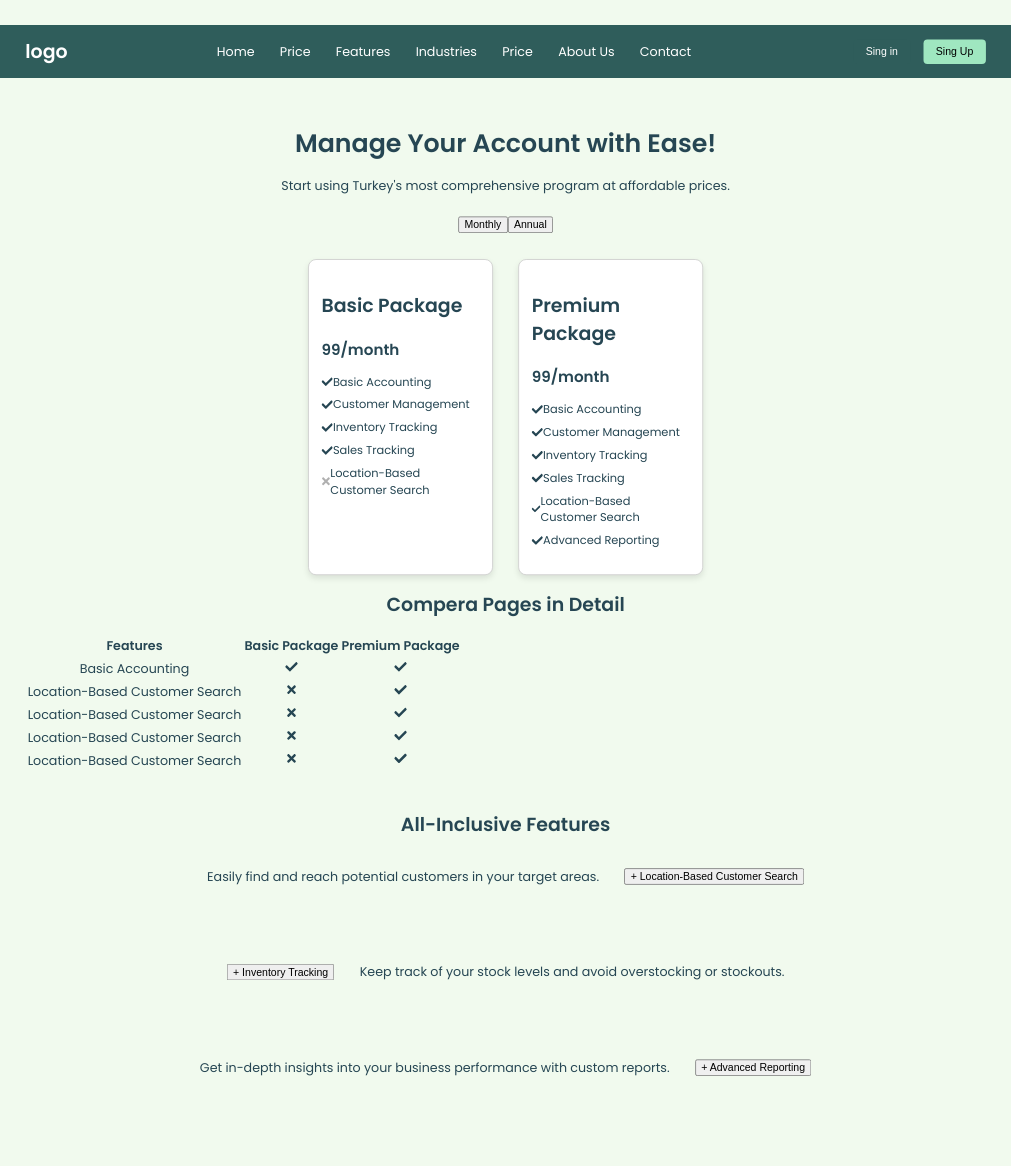
Repository: senolinanyasar/myrouteapplication
Page: /pricing
An editor plug-in stored every save of this project. The page is shown before and after the next save, followed by the edit.
The browser window is 1280 px wide. The pictures show the whole page, at 79% of full size.
The project was rebuilt for these pictures with package versions that can differ from the ones it lists, and the page was loaded fresh each time. Also part of the build but not shown: vite.config.js, src/components/TopBar.css, src/components/TopBar.js, src/components/HeroSection.css, src/components/HeroSection.js, src/components/FeaturesSection.js, src/components/PricingSection.css, src/components/PricingSection.js and 7 more.

Above is the page before, as saved 2024-11-15 20:52:48.

### src/index.css
@import url('https://fonts.googleapis.com/css2?family=Poppins:wght@400;600&display=swap');

body {
  font-family: 'Poppins', sans-serif;
  color: #264653;
  background-color: #f1faee;
  margin: 0;
  padding: 0;
  box-sizing: border-box;
}

code {
  font-family: source-code-pro, Menlo, Monaco, Consolas, 'Courier New',
    monospace;
}

### src/App.js
import React from 'react';
import { BrowserRouter as Router, Route, Routes } from 'react-router-dom';
import Header from './components/Header';
import HomePage from './components/HomePage';
import PricingPage from './components/PricingPage';


function App() {
  return (
    <Router>
      <Header />
      <Routes>
        <Route path='/' element={<HomePage />} />
        <Route path='/pricing' element={<PricingPage />} />
      </Routes>
    </Router>

  );
}

export default App;

### src/components/Header.js
// Header.js
import React from 'react';
import './Header.css';
import { Link } from 'react-router-dom';

const Header = () => {
    return (
        <header className="header">
            <div className="header-logo">logo</div>
            <nav className="header-nav">

                    <Link to="/">Home</Link>
                    <Link to="/pricing">Price</Link>
                    <a href="#features">Features</a>
                    <a href="#industries">Industries</a>
                    <a href="./PricingPage.js">Price</a>
                    <a href="#about">About Us</a>
                    <a href='#contact'>Contact</a>


            </nav>
            <div className="header-buttons">
                <button className="login-button">Sing in</button>
                <button className="register-button">Sing Up</button>
            </div>
        </header>
    );
};


export default Header;

### src/components/PricingPage.js
// PricingPage.js

import React, { useState } from "react";
import './PricingPage.css';
import { FaCheck, FaTimes } from "react-icons/fa";


const PricingPage = () => {
    const [isAnnual, setIsAnnual] = useState(false);


    return (
        <section className="pricing-page">
            <div className="pricing-header">
                <h1>Manage Your Account with Ease!</h1>
                <p>Start using Turkey's most comprehensive program at affordable prices.</p>
                <div className="toggle-button">
                    <button onClick={() => setIsAnnual(false)} className={!isAnnual ? 'active' : ''}>Monthly</button>
                    <button onClick={() => setIsAnnual(true)} className={isAnnual ? 'active' : ''}>Annual</button>
                </div>
            </div>

            <div className="price-plans">
                <div className="plan basic">
                    <h3>Basic Package</h3>
                    <p className="price">{isAnnual ? ' 999/year' : '99/month'}</p>
                    <ul>
                        <li><FaCheck /> Basic Accounting</li>
                        <li><FaCheck /> Customer Management</li>
                        <li><FaCheck /> Inventory Tracking</li>
                        <li><FaCheck /> Sales Tracking</li>
                        <li><FaTimes className="not-included" />Location-Based Customer Search</li>
                    </ul>
                </div>
                <div className="plan basic">
                    <h3>Premium Package</h3>
                    <p className="price">{isAnnual ? '2,799/year' : '99/month'}</p>
                    <ul>
                        <li><FaCheck /> Basic Accounting</li>
                        <li><FaCheck /> Customer Management</li>
                        <li><FaCheck /> Inventory Tracking</li>
                        <li><FaCheck /> Sales Tracking</li>
                        <li><FaCheck /> Location-Based Customer Search</li>
                        <li><FaCheck /> Advanced Reporting</li>
                    </ul>
                </div>
            </div>

            <div className="comparison-table">
                <h2>Compera Pages in Detail</h2>
                <table>
                    <thead>
                        <tr>
                            <th>Features</th>
                            <th>Basic Package</th>
                            <th>Premium Package</th>
                        </tr>
                    </thead>
                    <tbody>
                        <tr>
                            <td>Basic Accounting</td>
                            <td><FaCheck /></td>
                            <td><FaCheck /></td>
                        </tr>
                        <tr>
                            <td>Location-Based Customer Search</td>
                            <td><FaTimes className="not-included"/></td>
                            <td><FaCheck /></td>
                        </tr>
                        <tr>
                            <td>Location-Based Customer Search</td>
                            <td><FaTimes className="not-included"/></td>
                            <td><FaCheck /></td>
                        </tr>
                        <tr>
                            <td>Location-Based Customer Search</td>
                            <td><FaTimes className="not-included"/></td>
                            <td><FaCheck /></td>
                        </tr>
                        <tr>
                            <td>Location-Based Customer Search</td>
                            <td><FaTimes className="not-included"/></td>
                            <td><FaCheck /></td>
                        </tr>
                    </tbody>
                </table>
            </div>

            <div className="features-expand">
                <h2> All-Inclusive Features</h2>
                <div className="feature">
                    <button className="feature-toggle">+ Location-Based Customer Search</button>
                    <p className="feature-description">Easily find and reach potential customers in your target areas.</p>
                </div>
                <div className="feature">
                    <button className="feature-toggle">+  Inventory Tracking</button>
                    <p className="feature-description">Keep track of your stock levels and avoid overstocking or stockouts.</p>
                </div>
                <div className="feature">
                    <button className="feature-toggle">+ Advanced Reporting</button>
                    <p className="feature-description">Get in-depth insights into your business performance with custom reports.</p>
                </div>
            </div>
        </section>
    );

};

export default PricingPage;

### src/components/Header.css
/* Header.css */
.header{
    display: flex;
    justify-content: space-between;
    align-items: center;
    padding: 1rem 2rem;
    background-color: #2f5d5b;
    color: white;
    margin-top: 2rem;
    position: sticky;
    top: 2rem;
    z-index: 999;
}


.header-logo {
    font-size: 1.5rem;
    font-weight: bold;
}
.header-nav a{
    margin: 0 1rem;
    color: white;
    text-decoration: none;
}
.header-nav a:hover {
    color: #e9c46a;
  }

.header-buttons button{
    margin-left: 1rem;
    padding: 0.5rem 1rem;
    border: none;
    border-radius: 5px;
}

.login-button{
    background-color: #2f5d5b;
    color: white;
}

.register-button{
    background-color: #9fe7c0;
    color: black;
}

### src/components/PricingPage.css
/* PricingPage.css */

.pricing-page{
    padding: 2rem;
    text-align: center;
}

.pricing-header h1{
    font-size: 2rem;
    margin-bottom: 0.5rem;
}

.pricing-header p{
    margin-bottom: 1.5rem;
}

.toggle-buttons button{
    padding: 0.5rem 1rem;
    margin: 0 0.5rem;
    cursor: pointer;
    border: none;
    border-radius: 5px;
    background-color: #e0f7e7;
    transition: background-color 0.3s;
}
.toggle-buttons .active{
    background-color: #2a9d8f;
    color: white;
}

.price-plans{
    display: flex;
    justify-content: center;
    gap: 2rem;
    margin-top: 2rem;
}

.plan {
    border: 1px solid #ccc;
    border-radius: 10px;
    padding: 1rem;
    width: 200px;
    text-align: left;
    background-color: #ffffff;
    box-shadow: 0px 4px 8px rgba(0, 0, 0, 0.1);
}

.plan h3{
    font-size: 1.5rem;
}

.plan .price{
    font-size: 1.2rem;
    font-weight: bold;
    margin: 1rem 0;
}

.plan ul{
    list-style: none;
    padding: 0;
}

.plan li{
    display: flex;
    align-items: center;
    font-size: 0.9rem;
    margin: 0.5rem 0;
}

.plan .not-included{
    color: #b0b0b0;
}

.comprasion-table{
    margin-top: 3rem;
}

.comprasion-table table{
    width: 100%;
    border-collapse: collapse;
}

.comprasion-table th,
.comprasion-table td{
    padding: 1rem;
    border: 1px solid #ccc
}

.comprasion-table th{
    background-color: #f2f2f2;
}

.comprasion-table td{
    text-align: center;
}

.features-expand{
    margin-top: 3rem;
}

.feture{
    margin-top: 1rem;
}

.feture{
    margin-top: 1rem;
}

.feture-toggle{
    background: none;
    border: none;
    font-size: 1rem;
    font-weight: bold;
    color: #2a9d8f;
    cursor: pointer;
    display: block;
    text-align: left;
    padding: 0.5rem;
}

.feture-description{
    display: none;
    color: #6d6d6d;
    font-size: 0.9rem;
    margin-top: 0.5rem;
}

.feture-toggle:focus + .feture-description,
.feture-toggle:hover + .feture-description{
    display: block;
}

### src/components/FeaturesSection.css
/* FeaturesSection.css */
.features-section {
    padding: 4rem 2rem;
    text-align: center;
}

.features-title {
    font-size: 2rem;
    font-weight: 600;
    color: #264653;
    margin-bottom: 3rem;
    line-height: 1.2;
}



.feature {
    display: flex;
    align-items: center;
    justify-content: center;
    gap: 2rem;
    margin-bottom: 4rem;
    flex-direction: row;
}

.feature:nth-child(even) {
    flex-direction: row-reverse;
}

.feature-text {
    flex: 1;
    max-width: 500px;
    text-align: left;
}

.features h3 {
    font-size: 1.8rem;
    font-weight: 600;
    color: #264653;
    margin-bottom: 1rem;
}

.feature-text p {
    font-size: 1.1rem;
    color: #6d6d6d;
    margin-bottom: 1.5rem;
}

.cta-button {
    padding: 0.8rem 1.5rem;
    font-size: 1rem;
    color: #2f5d5b;
    background-color: #9fe7c0;
    border: none;
    border-radius: 5px;
    cursor: pointer;
    transition: background-color 0.3s ease;
    text-align: center;
}

.cta-button:hover {
    background-color: #c3f2d0;
}

.feature-image {
    flex: 1;
    max-width: 400px;
    height: auto;
}

.feature-image img {
    width: 100%;
    height: auto;
    object-fit: cover;
    border-radius: 10px;
}

Loaded but not shown: public/index.html (common file); src/index.js (common file); src/reportWebVitals.js (common file)

After the next save:
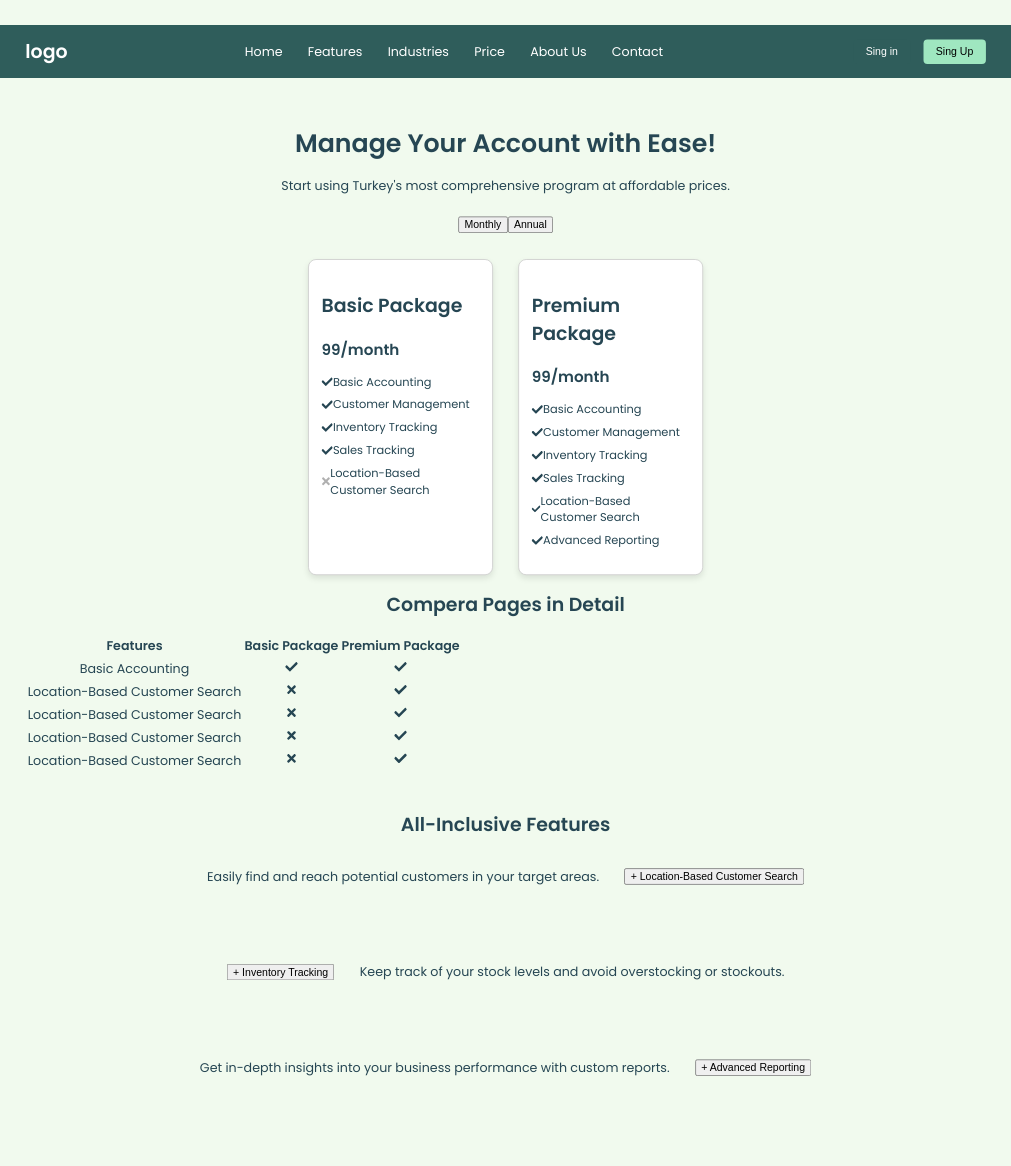
Saved 2 min 6 s later.
--- a/src/components/Header.js
+++ b/src/components/Header.js
@@ -10,12 +10,12 @@ const Header = () => {
             <nav className="header-nav">
 
                     <Link to="/">Home</Link>
+                    <Link to="/features">Features</Link>
+                    <Link to="/industries">Industries</Link>
                     <Link to="/pricing">Price</Link>
-                    <a href="#features">Features</a>
-                    <a href="#industries">Industries</a>
-                    <a href="./PricingPage.js">Price</a>
-                    <a href="#about">About Us</a>
-                    <a href='#contact'>Contact</a>
+                    <Link to="/aboutus">About Us</Link>
+                    <Link to="/contact">Contact</Link>
+
 
 
             </nav>
